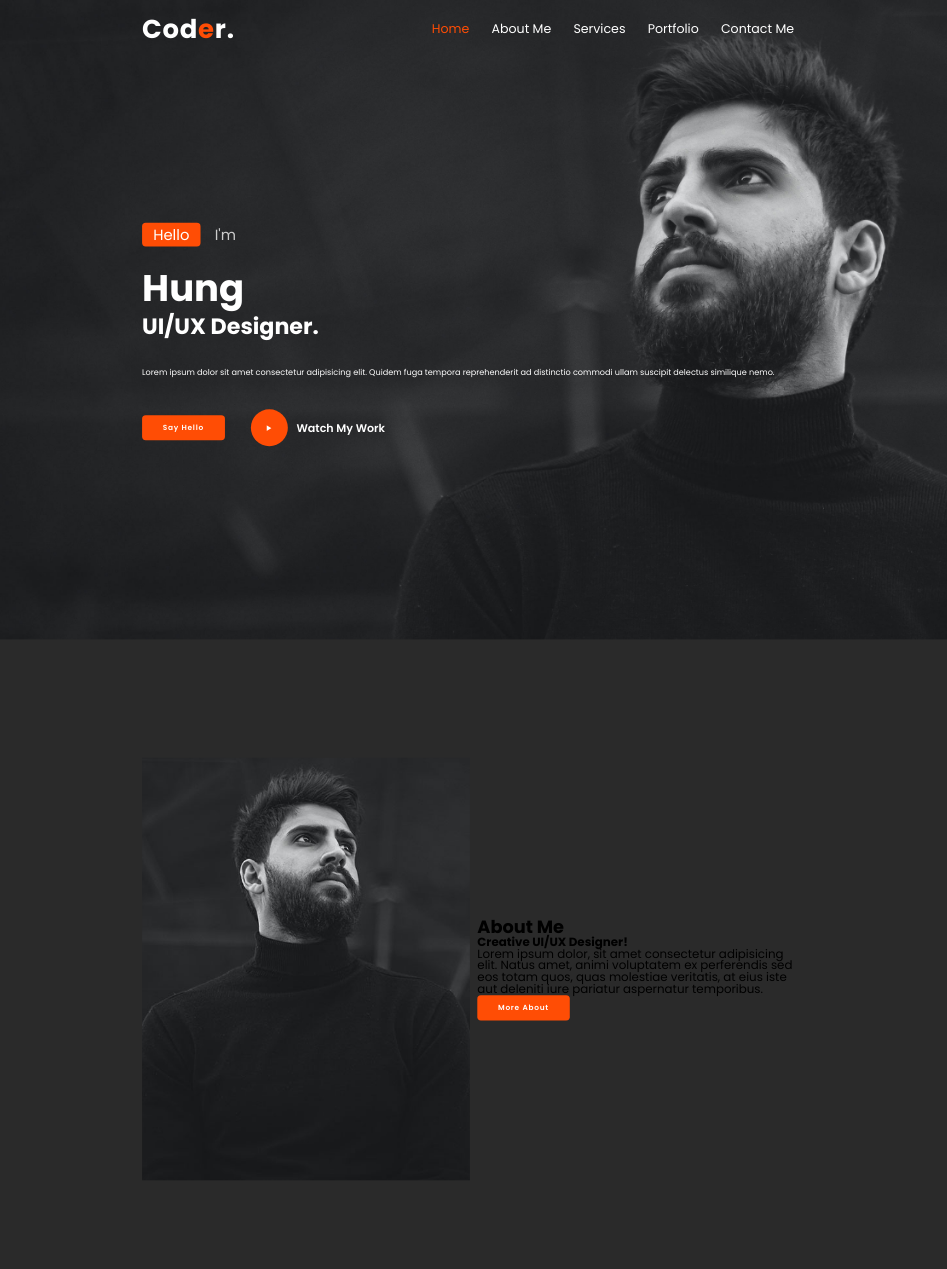
Repository: HungNg99/Protifolio2
Page: Portfolio/index.html
An editor plug-in stored every save of this project. The page is shown before and after the next save, followed by the edit.
The browser window is 1280 px wide. The pictures show the whole page, at 74% of full size.

Above is the page before, as saved 2022-12-11 08:41:25.

### Portfolio/index.html
<!DOCTYPE html>
<html lang="en">

<head>
    <meta charset="UTF-8">
    <meta http-equiv="X-UA-Compatible" content="IE=edge">
    <meta name="viewport" content="width=device-width, initial-scale=1.0">
    <title>Portfolio</title>
    <link rel="stylesheet" href="./reset.css">
    <link rel="stylesheet" href="./style.css">
    <link rel="stylesheet" href="https://cdnjs.cloudflare.com/ajax/libs/font-awesome/6.2.1/css/all.min.css"
        integrity="sha512-MV7K8+y+gLIBoVD59lQIYicR65iaqukzvf/nwasF0nqhPay5w/9lJmVM2hMDcnK1OnMGCdVK+iQrJ7lzPJQd1w=="
        crossorigin="anonymous" referrerpolicy="no-referrer" />

        <link rel="stylesheet"
        href="https://unpkg.com/boxicons@latest/css/boxicons.min.css">

    <link
        href="https://fonts.googleapis.com/css2?family=Montserrat:wght@800&family=Poppins:ital,wght@0,300;0,400;0,600;0,700;1,600&family=Roboto:wght@300;500&display=swap"
        rel="stylesheet">
</head>

<body>
    <!-- header design-->
    <header>
        <a href="#" class="logo">Cod<span>e</span>r.</a>
        <ul class="nav-list">
            <li><a href="#home" class="nav-link active">
                    Home
                </a></li>
            <li><a href="#about" class="nav-link">
                    About Me
                </a></li>
            <li><a href="#services" class="nav-link">
                    Services
                </a></li>
            <li><a href="#portfolio" class="nav-link">
                    Portfolio
                </a></li>
            <li><a href="#contact" class="nav-link">
                    Contact Me
                </a></li>
        </ul>

        <div class="bx bx-menu" id="menu-icon">
        </div>
    </header>

    <!-- home section design -->
    <section class="home" id="home">
       <div class="home-text">
        <div class="slide">
            <span class="one">Hello</span>
            <span class="two">I'm</span>
        </div>
        <h1>Hung</h1>
        <h3>UI/UX <span>Designer.</span> </h3>
        <p>Lorem ipsum dolor sit amet consectetur adipisicing elit. Quidem fuga tempora reprehenderit ad distinctio commodi ullam suscipit delectus similique nemo.</p>
        <div class="button">
            <a href="#" class="btn">Say Hello</a>
            <a href="#" class="btn2"><span><i class='bx bx-play'></i>Watch My Work</span></a>
        </div>
       </div>
    </section>

    <!-- about section design -->
    <section class="about" id="about">
        <div class="about-img">
            <img src="./img/about.jpg" alt="">
        </div>
        <div class="about-text">
            <h2>About <span>Me</span></h2>
            <h4>Creative UI/UX Designer!</h4>
            <p>Lorem ipsum dolor, sit amet consectetur adipisicing elit. Natus amet, animi voluptatem ex perferendis sed eos totam quos, quas molestiae veritatis, at eius iste aut deleniti iure pariatur aspernatur temporibus.</p>
            <a href="#" class="btn">More About</a>
        </div>
    </section>
    <script src="./scripts.js"></script>
</body>

</html>

### Portfolio/reset.css
html {
    box-sizing: border-box;
  }
  * {
    margin: 0;
    padding: 0;
  }
  *,
  *:before,
  *:after {
    box-sizing: border-box;
  }
  input,
  textarea,
  select,
  button {
    outline: none;
  }
  input {
    line-height: normal;
  }
  label,
  button {
    cursor: pointer;
  }
  a {
    text-decoration: none;
  }
  img {
    display: block;
    max-width: 100%;
  }
  *,
  *:before,
  *:after {
    box-sizing: border-box;
  }
  /* using rem unit */
  html {
    font-size: 62.5%;
  }
  a {
    text-decoration: none;
  }
  img {
    display: block;
    max-width: 100%;
  }
  body {
    font-family: "Poppins", sans-serif;
    font-size: 16px;
    line-height: 1;
    list-style: none;
    scroll-behavior: smooth;
    /* height: 200vh; */
  }

### Portfolio/style.css
body{
    background-color: var(--bg-color);
}
:root {
    --bg-color: #2a2a2a;
    --second-bg-color: #202020;
    --text-color: #fff;
    --second-color: #ccc;
    --main-color: #ff4d05;
    --big-font: 5rem;
    --h2-font: 3rem;
    --p-font: 1.1rem;
}

header {
    position: fixed;
    width: 100%;
    top: 0;
    right: 0;
    z-index: 1000;
    background: transparent;
    padding: 22px 15%;
    border-bottom: 1px solid transparent;
    transition: all 0.45s ease;
    display: flex;
    justify-content: space-between;
    align-items: center;
}

.logo {
    color: var(--text-color);
    font-size: 35px;
    font-weight: 700;
    letter-spacing: 1px;
}

.logo span {
    color: var(--main-color);
}

.nav-list {
    display: flex;
    list-style: none;
}

.nav-list .nav-link {
    color: var(--text-color);
    margin: 0 15px;
    font-size: 17px;
    font-weight: 500;
    transition: all 0.45s ease;
}

.nav-list .nav-link:hover {
    color: var(--main-color);
}

.nav-list .nav-link.active {
    color: var(--main-color);
}

#menu-icon {
    color: var(--text-color);
    font-size: 35px;
    z-index: 10001;
    cursor: pointer;
    margin-left: 25px;
    display: none;

}

section {
    padding: 160px 15% 120px;
}

.home {
    position: relative;
    background-image: url(./img/background.jpg);
    background-repeat: no-repeat;
    background-position: center;
    background-size: cover;
    height: 120vh;
    width: 100%;
    display: flex;
    align-items: center;
    justify-content: flex-start;
}

.slide {
    margin-bottom: 30px;
}

.one {
    display: inline-block;
    margin-right: 15px;
    height: 32px;
    padding: 0 15px;
    line-height: 32px;
    font-size: 20px;
    font-weight: 500;
    border-radius: 5px;
    background-color: var(--main-color);
    color: var(--text-color);
}

.two {
    display: inline-block;
    color: var(--second-color);
    font-size: 20px;
    font-weight: 500;
}
.home-text h1 {
    font-size: var(--big-font);
    font-weight: 700;
    color: var(--text-color);
    line-height:1.1;
    margin: 0 0 8px;
}
.home-text h3{
    color: var(--text-color);
    margin: 0 0 35px;
    font-size: 3rem;
    font-weight: 700;
    line-height:1.1;
}
.home-text p{
    color: var(--text-color);
    font-size: var(--p-font);
    line-height:1.8;
    margin-bottom: 40px;
}
.button{
    display:flex;
    align-items: center;
    justify-content: flex-start;
}
.btn{
    display: inline-block;
    padding: 12px 28px;
    background: var(--main-color);
    border-radius: 5px;
    color: var(--text-color);
    font-size:1rem;
    letter-spacing: 1px;
    font-weight: 600;
    transition: all 0.45s ease;
}
.btn:hover{
    transform: scale(1.1);
}
.btn2{
    display: inline-flex;
    align-items: center;
    justify-content: center;
    font-size: 15px;
    font-weight:600;
    color: var(--text-color);
    margin-left: 35px;
}
.btn2 span{
    display: inline-flex;
    align-items: center;
    justify-content: center;
}
.btn2 span i{
    margin-right: 12px;
    height: 50px;
    width: 50px;
    border-radius: 50%;
    display: flex;
    align-items: center;
    justify-content: center;
    transition: all 0.45s ease;
    background-color: var(--main-color);
    color: var(--text-color);
}
.btn2 span i:hover{
    transform: scale(1.1);
}
header.sticky{
    background-color: var(--bg-color);
    border-bottom: 1px solid #ffffff1a;
    padding: 12px 15%;
}

.about{
    display: grid;
    grid-template-columns: repeat(2,1fr);
    align-items: center;
    gap: 1rem;
}


.about-img{

}
.about-text{

}
.about-text span{

}

Loaded but not shown: Portfolio/scripts.js (no copy from this time; the picture is the same without it)

After the next save:
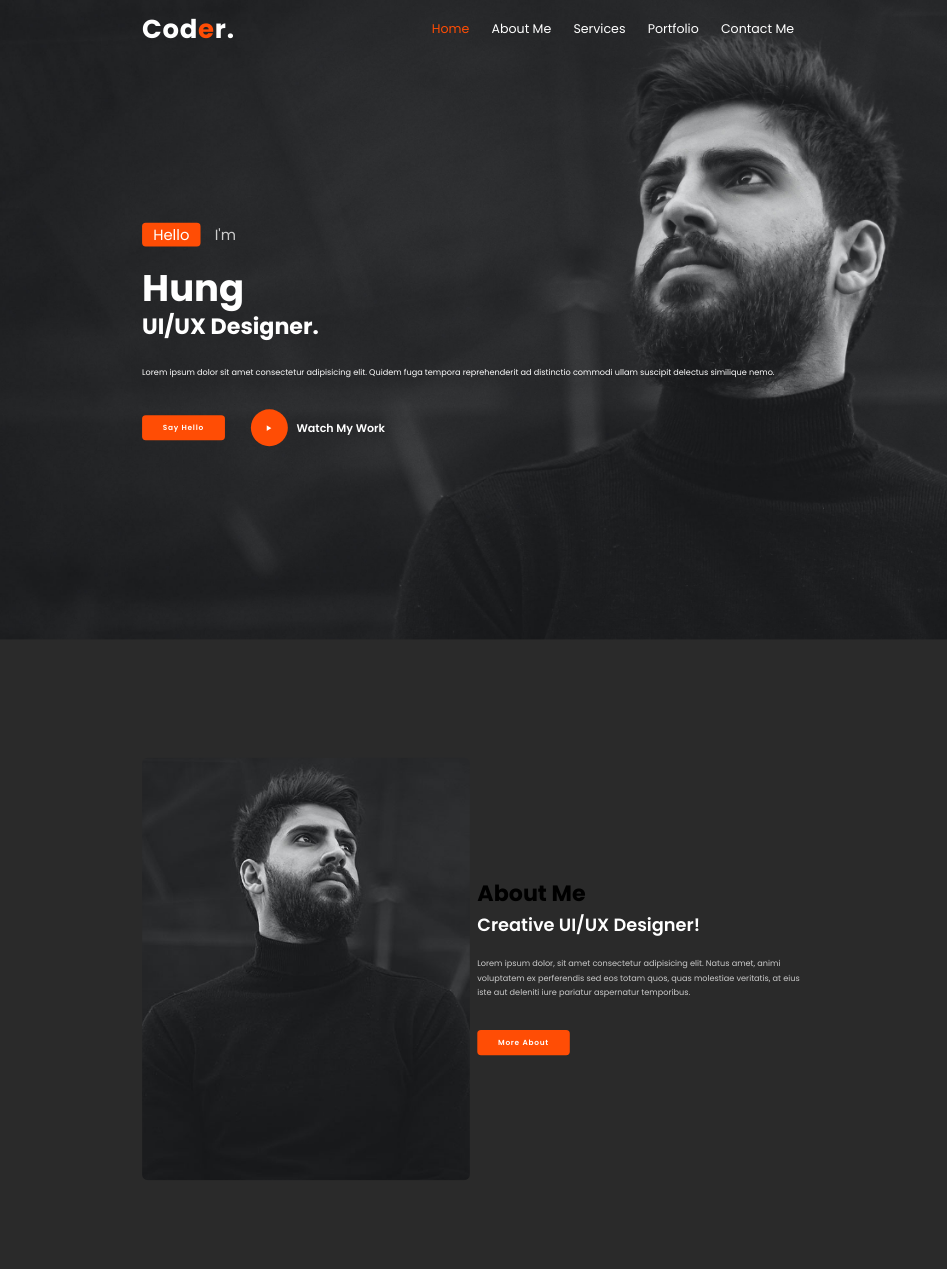
Saved 7 min 44 s later.
--- a/Portfolio/style.css
+++ b/Portfolio/style.css
@@ -191,12 +191,26 @@ header.sticky{
 }
 
 
-.about-img{
-
-}
-.about-text{
-
-}
-.about-text span{
-
-}
+.about-img img{
+  max-width: 530px;
+  height: auto;
+  width: 100%;
+  border-radius: 8px;
+}
+.about-text h2{
+  font-size: var(--h2-font);
+  line-height:1;
+}
+.about-text h4{
+   font-size: 24px;
+   font-weight:600;
+   color: var(--text-color);
+   line-height:1;
+   margin: 15px 0px 30px;
+}
+.about-text p {
+   color: var(--second-color);
+   font-size: var(--p-font);
+   line-height:1.8;
+   margin-bottom: 4rem;
+}
